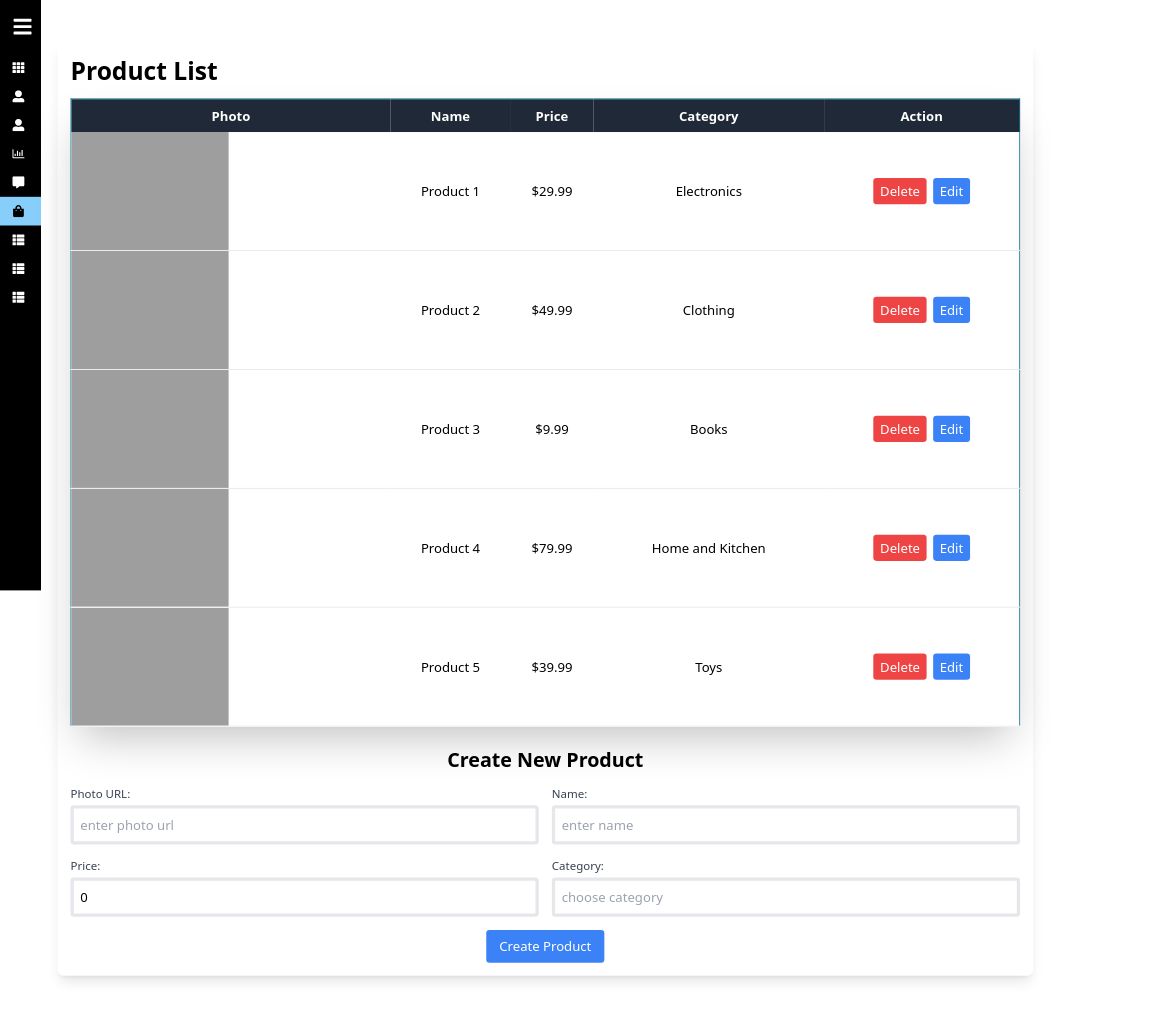
Repository: AndargWorku12/admin-dashboard
Page: /product
The author's editor kept a copy of each file at every save. The page is drawn from the files as they stood at one save, then again after the next save.
The browser window is 1280 px wide. The page is 1280 px wide, then 1420 px, so the pictures cover 1420 px, including what lies to the right of the window. The pictures show the whole page, at 82% of full size.
Pictures or frames that could not be fetched are drawn as grey boxes. The project was rebuilt for these pictures with package versions that can differ from the ones it lists, and the page was loaded fresh each time. Also part of the build but not shown: src/pages/Dashboard.tsx, src/pages/Orders.tsx, src/pages/Category.tsx, src/pages/Login.tsx, src/pages/Analytics.tsx, src/pages/CustemerReview.tsx, src/pages/ShopCard.tsx, src/pages/SignUpForm.tsx.

Above is the page before, as saved 2024-01-26 00:00:09.

After the next save:
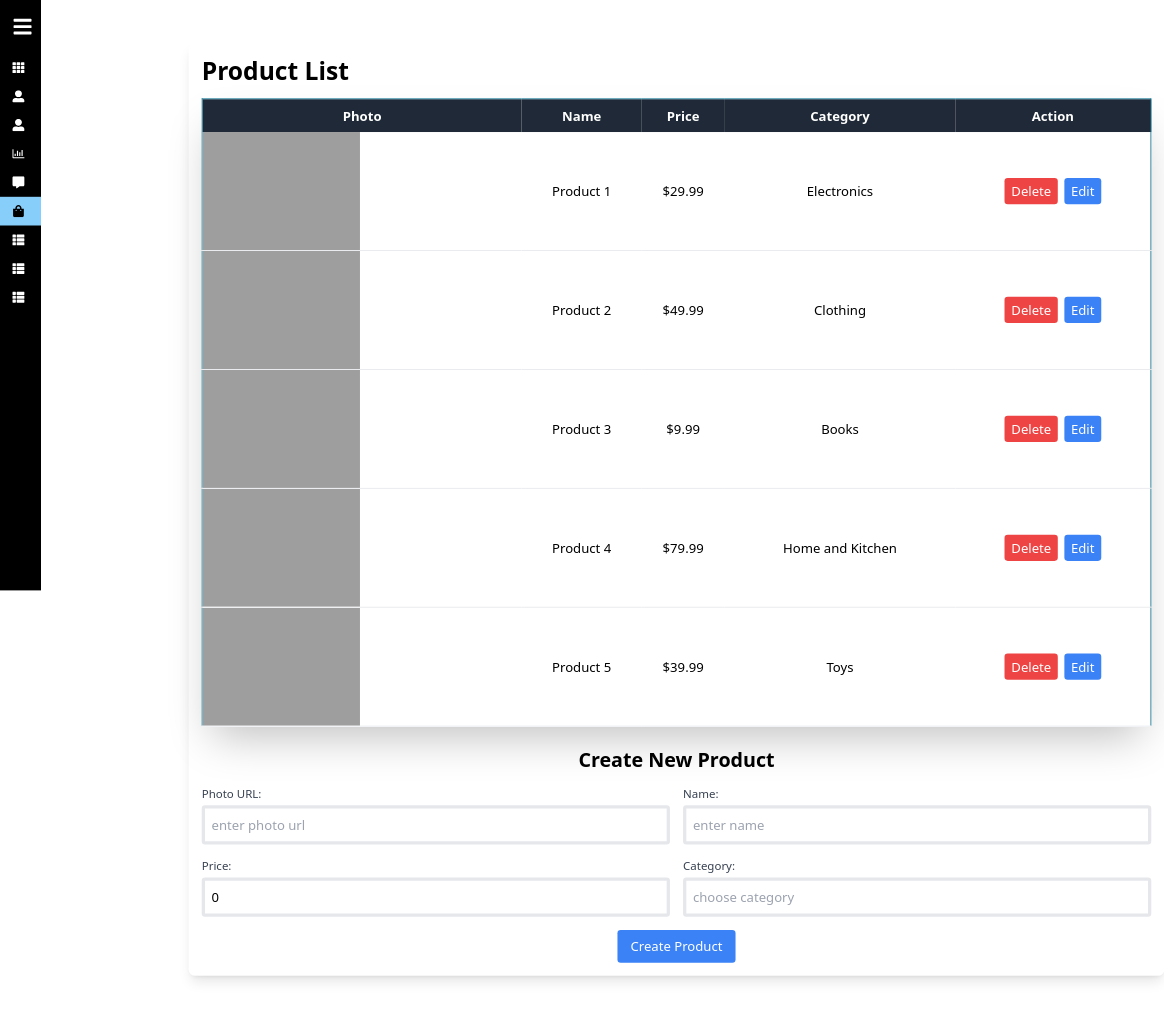
Saved 62 s later.
--- a/src/pages/ProductList.tsx
+++ b/src/pages/ProductList.tsx
@@ -50,7 +50,7 @@ const ProductList: React.FC<ProductListProps> = ({ products, onCreate, onDelete,
   };
 
   return (
-    <div className="container mx-auto my-8 p-4 bg-white shadow-lg rounded-lg block gap-64 text-center">
+    <div className="container mx-auto my-8 p-4 bg-white shadow-lg rounded-lg block gap-64 text-center ml-40">
       <h2 className="text-3xl font-bold mb-4 text-left">Product List</h2>
       <table className="w-full border border-cyan-700 w-max-80 shadow-2xl">
         <thead>
